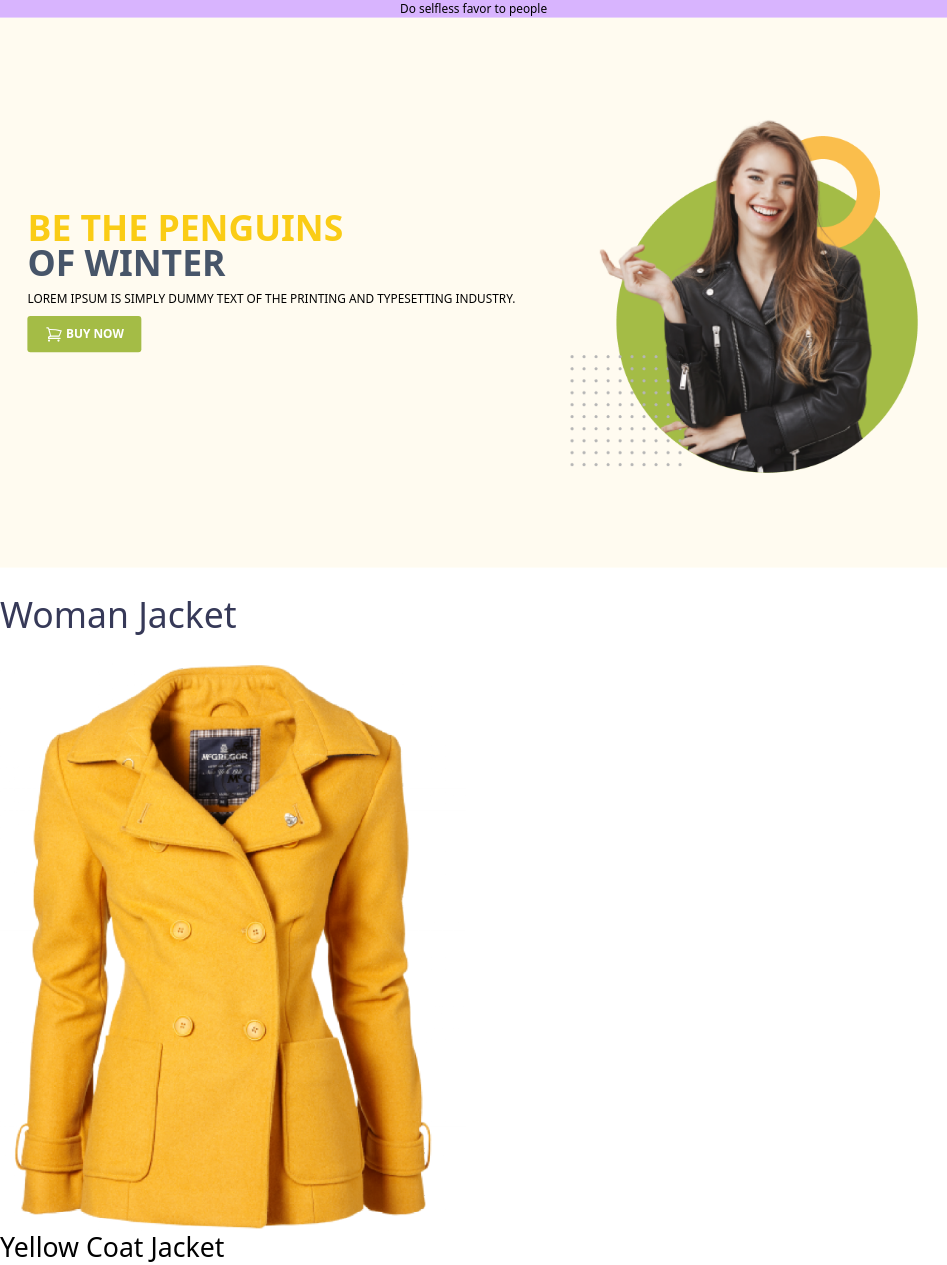
Repository: zjria/penguin-e-commerce-fashion
Page: index.html
The author's editor kept a copy of each file at every save. The page is drawn from the files as they stood at one save, then again after the next save.
The browser window is 1280 px wide. The pictures show the whole page, at 74% of full size.
Some web libraries are served in a nearby version.

Above is the page before, as saved 2022-10-07 07:10:02.

### index.html
<!DOCTYPE html>
<html lang="en">

<head>
    <meta charset="UTF-8">
    <meta http-equiv="X-UA-Compatible" content="IE=edge">
    <meta name="viewport" content="width=device-width, initial-scale=1.0">
    <title>Penguin E-commerce</title>
    <!-- Google Fonts Link -->
    <link rel="preconnect" href="https://fonts.googleapis.com">
    <link rel="preconnect" href="https://fonts.gstatic.com" crossorigin>
    <link href="https://fonts.googleapis.com/css2?family=Bebas+Neue&family=Roboto:wght@100;300;400;500&display=swap"
        rel="stylesheet">

    <!-- Tailwind CSS CDN link -->
    <script src="https://cdn.tailwindcss.com"></script>
    <script>
        tailwind.config = {
            theme: {
                extend: {
                    colors: {
                        clifford: '#da373d',
                        header_bg: '#FFFBF0',
                        main_text_color: '#363958'
                    }
                }
            }
        }
    </script>
</head>

<body>
    <h2 class="bg-purple-300 text-center font-header_text">Do selfless favor to people</h2>


    <!-- Header Section -->
    <header class="bg-header_bg pb-32 pt-24">
        <section class="container mx-auto uppercase sm:flex items-center justify-around">
            <div class="space-y-3">
                <h1 class="text-2xl sm:text-5xl font-bold font-header_text">
                    <span class="text-yellow-400">Be the Penguins</span> <br>
                    <span class="text-slate-600">of Winter</span>
                </h1>
                <p class="font-anther_text">Lorem Ipsum is simply dummy text of the printing
                    and typesetting industry.</p>
                <button class="uppercase bg-[#A4BC46] py-3 px-6 text-white font-semibold rounded font-anther_text"> <svg
                        xmlns="http://www.w3.org/2000/svg" fill="none" viewBox="0 0 24 24" stroke-width="1.5"
                        stroke="currentColor" class="w-6 h-6 inline text-white">
                        <path stroke-linecap="round" stroke-linejoin="round"
                            d="M2.25 3h1.386c.51 0 .955.343 1.087.835l.383 1.437M7.5 14.25a3 3 0 00-3 3h15.75m-12.75-3h11.218c1.121-2.3 2.1-4.684 2.924-7.138a60.114 60.114 0 00-16.536-1.84M7.5 14.25L5.106 5.272M6 20.25a.75.75 0 11-1.5 0 .75.75 0 011.5 0zm12.75 0a.75.75 0 11-1.5 0 .75.75 0 011.5 0z" />
                    </svg>
                    Buy Now</button>
            </div>
            <div class="pt-8 sm:pt-8">
                <img class=" w-1/2 sm:w-full" src="images/model.png" alt="">
            </div>
        </section>
    </header>

    <!-- Main Section Start -->
    <main>
        <section class="container mx-auto">
            <h2 class="text-5xl my-10 text-main_text_color font-header_text">Woman Jacket</h2>
            <div class="grid-cols-3">
                <div class="card-information">
                    <img src="images/jacket-1.png" alt="">
                    <h3 class="text-4xl">Yellow Coat Jacket</h3>
                    <p></p>
                </div>
            </div>
        </section>
    </main>

</body>

</html>

After the next save:
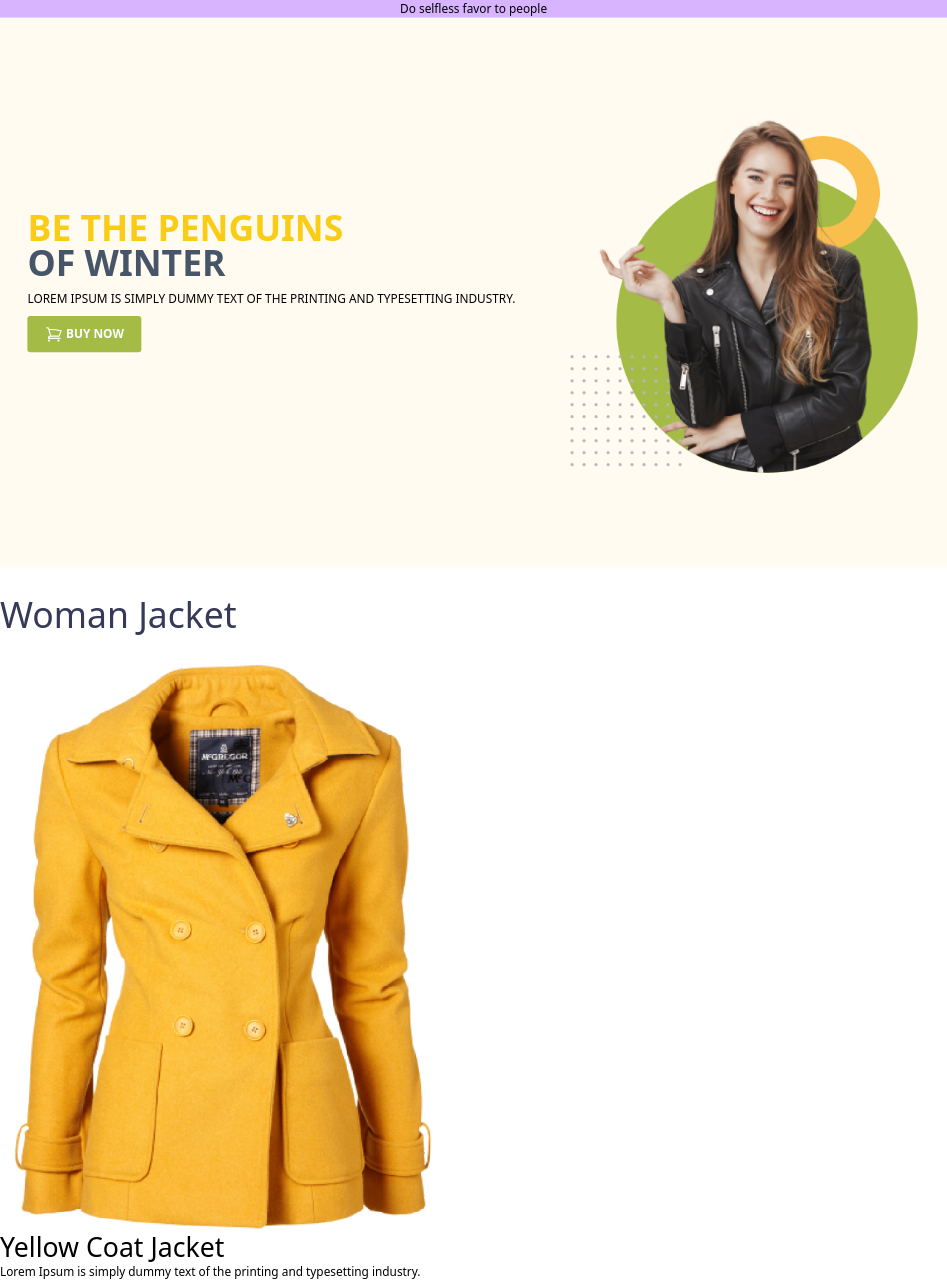
Saved 11 s later.
--- a/index.html
+++ b/index.html
@@ -65,7 +65,8 @@
                 <div class="card-information">
                     <img src="images/jacket-1.png" alt="">
                     <h3 class="text-4xl">Yellow Coat Jacket</h3>
-                    <p></p>
+                    <p>Lorem Ipsum is simply dummy text of the
+                        printing and typesetting industry.</p>
                 </div>
             </div>
         </section>
